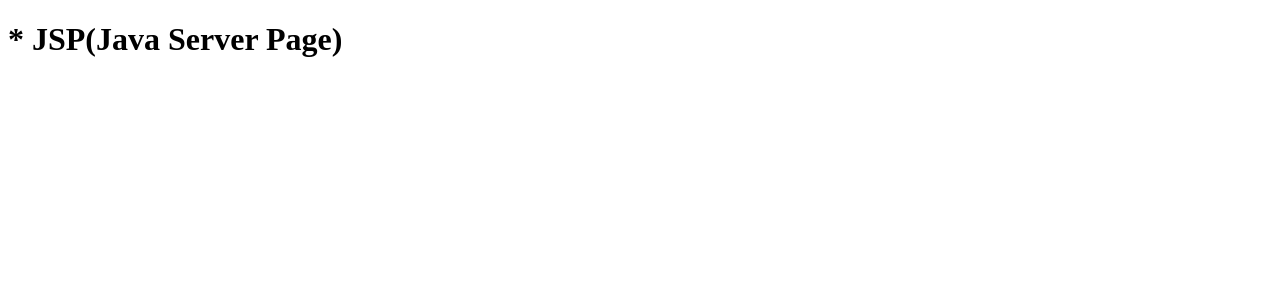
Repository: pje00427/webserver_workspace1
Page: 2_JSP/WebContent/index.html
These files come from the project's save history. The page is drawn as it stood at one moment and after the next save; the edit follows.
The browser window is 1280 px wide. The pictures show the whole page.

Above is the page before, as saved 2020-08-31 00:45:06.

After the next save:
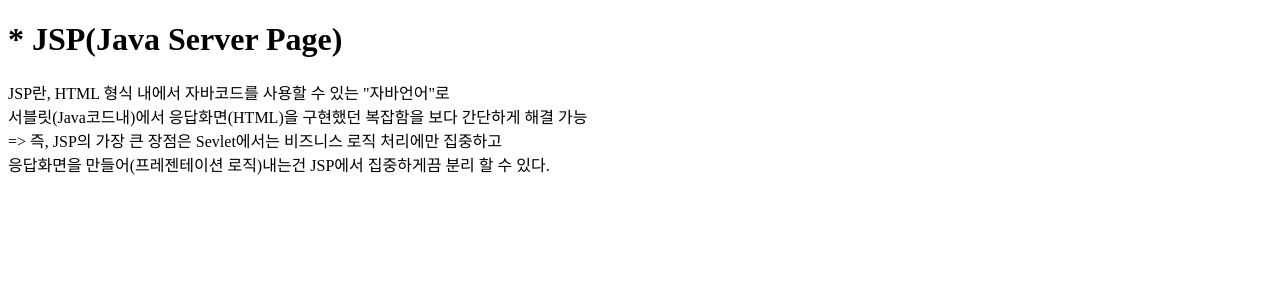
Saved 23 min 54 s later.
--- a/2_JSP/WebContent/index.html
+++ b/2_JSP/WebContent/index.html
@@ -8,6 +8,12 @@
 
 	<h1>* JSP(Java Server Page)</h1>
 
+	<p>
+		JSP란, HTML 형식 내에서 자바코드를 사용할 수 있는 "자바언어"로 <br>
+		서블릿(Java코드내)에서 응답화면(HTML)을 구현했던 복잡함을 보다 간단하게 해결 가능<br>
+		=> 즉, JSP의 가장 큰 장점은 Sevlet에서는 비즈니스 로직 처리에만 집중하고 <br>
+		    응답화면을 만들어(프레젠테이션 로직)내는건 JSP에서 집중하게끔 분리 할 수 있다.
+	</p>
 
 </body>
 </html>
